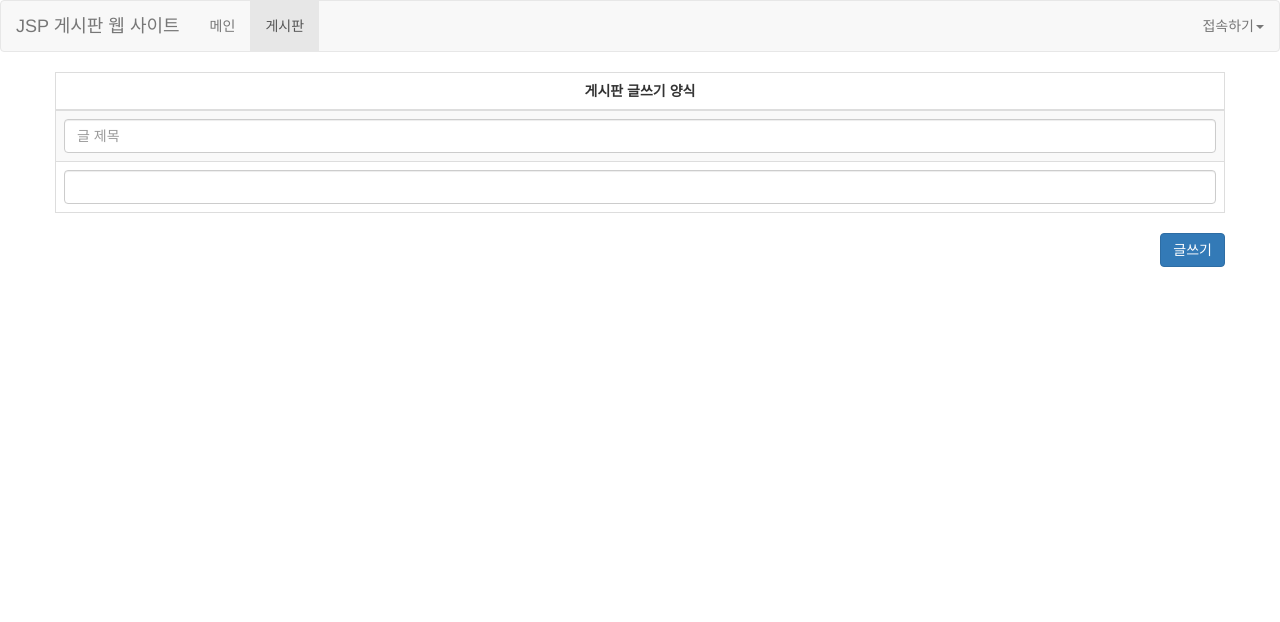
Repository: Jeongyounghyeon/JSP_board
Page: http://localhost/BBS/view.jsp
An editor plug-in stored every save of this project. The page is shown before and after the next save, followed by the edit.
The browser window is 1280 px wide. The pictures show the whole page.
Some web libraries are served in a nearby version. The page is served by Tomcat 9. Other server files are loaded and not shown.

Above is the page before, as saved 2022-04-06 13:14:22.

### projects/BBS/src/main/webapp/view.jsp
<%@ page language="java" contentType="text/html; charset=UTF-8"
    pageEncoding="UTF-8"%>
    <%@ page import = "java.io.PrintWriter" %>
<!DOCTYPE html>
<html>
<head>
<meta charset="UTF-8">
<meta name = "viewport" content = "width=device-width", initial-scale = "1">
<link rel = "stylesheet" href = "css/bootstrap.min.css">
<title>JSP 게시판 웹 사이트</title>
</head>
<body>
	<%
		String userID = null;
		if(session.getAttribute("userID") != null) {
			userID = (String) session.getAttribute("userID");
		}
	%>
	<nav class = "navbar navbar-default">
		<div class = "navbar-header">
			<button type = "button" class = "navbar-toggle collapsed"
				data-toggle = "collapse" data-target = "#bs-example-navbar-collapse-1"
				aria-expanded = "false">
				<span class = "icon-bar"></span>
				<span class = "icon-bar"></span>
				<span class = "icon-bar"></span>
			</button>
			<a class = "navbar-brand" href = "main.jsp">JSP 게시판 웹 사이트</a>
		</div>
		<div class = "collapase navbar-collapse" id = "bs-example-navbar-collapse-1">
			<ul class = "nav navbar-nav">
				<li><a href = "main.jsp">메인</a></li>
				<li class = "active"><a href = "bbs.jsp">게시판</a></li>
			</ul>
			<%
				if(userID == null) {
			%>
			<ul class = "nav navbar-nav navbar-right">
				<li class = "dropdown">
					<a href = "#" class = "dropdown-toggle"
						data-toggle = "dropdown" role = "button" aria-haspopup = "true"
						aria-expanded = "false">접속하기<span class = "caret"></span></a>
					<ul class = "dropdown-menu">
						<li><a href = "login.jsp">로그인</a></li>
						<li><a href = "join.jsp">회원가입</a></li>
					</ul>
				</li>
			</ul>
			<%
				} else{
			%>
			<ul class = "nav navbar-nav navbar-right">
				<li class = "dropdown">
					<a href = "#" class = "dropdown-toggle"
						data-toggle = "dropdown" role = "button" aria-haspopup = "true"
						aria-expanded = "false">회원관리<span class = "caret"></span></a>
					<ul class = "dropdown-menu">
						<li><a href = "logoutAction.jsp">로그아웃</a></li>
					</ul>
				</li>
			</ul>
			<%
				}
			%>
		</div>
	</nav>
	<div class = "container">
		<div class = "row">
		<form method = "post" action = "writeAction.jsp">
		<table class = "table table-striped" style = "text-align: center; border: 1px solid #dddddd">
				<thead>
					<tr>
						<th colspan = "2" style = "backgound-color: #eeeeee; text-align: center;">게시판 글쓰기 양식</th>
					</tr>
				</thead>
				<tbody>
					<tr>
						<td><input type = "text" class = "form-control" placeholder = "글 제목" name = "bbsTitle" maxlength = "50"</td>
					</tr>
					<tr>
						<td><textaria class = "form-control" placeholder = "글 내용" name = "bbsContent" maxlength = "2048" style = "heigh: 350px"</textaria></td>
					</tr>
				</tbody>
			</table>
			<input type = "submit" class = "btn btn-primary pull-right" value = "글쓰기">
		</form>


		</div>
	</div>
	<script src = "https://code.jquery.com/jquery-3.1.1.min.js"></script>
	<script src = "js/bootstrap.js"></script>
</body>
</html>

Loaded but not shown: projects/BBS/src/main/webapp/css/bootstrap.min.css (library); projects/BBS/src/main/webapp/js/bootstrap.js (library)

After the next save:
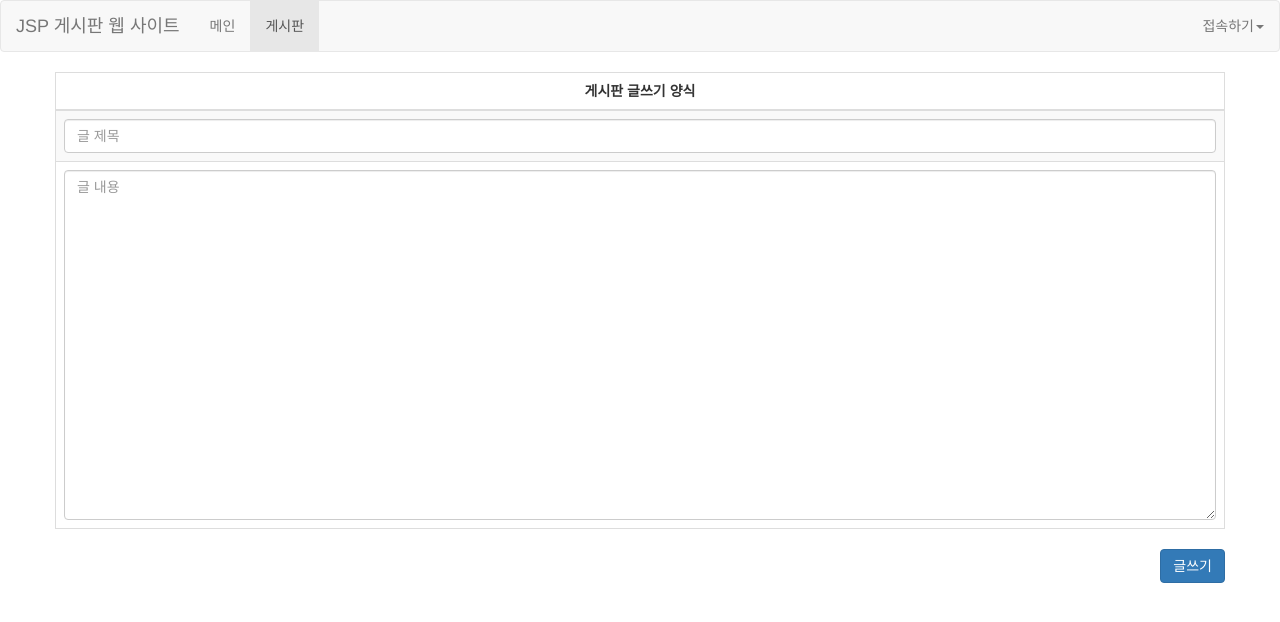
Saved 29 s later.
--- a/projects/BBS/src/main/webapp/view.jsp
+++ b/projects/BBS/src/main/webapp/view.jsp
@@ -75,10 +75,10 @@
 				</thead>
 				<tbody>
 					<tr>
-						<td><input type = "text" class = "form-control" placeholder = "글 제목" name = "bbsTitle" maxlength = "50"</td>
+						<td><input type="text" class="form-control" placeholder="글 제목" name="bbsTitle" maxlength="50"></td>
 					</tr>
 					<tr>
-						<td><textaria class = "form-control" placeholder = "글 내용" name = "bbsContent" maxlength = "2048" style = "heigh: 350px"</textaria></td>
+						<td><textarea class="form-control" placeholder="글 내용" name="bbsContent" maxlength="2048" style="height: 350px;"></textarea></td>
 					</tr>
 				</tbody>
 			</table>
